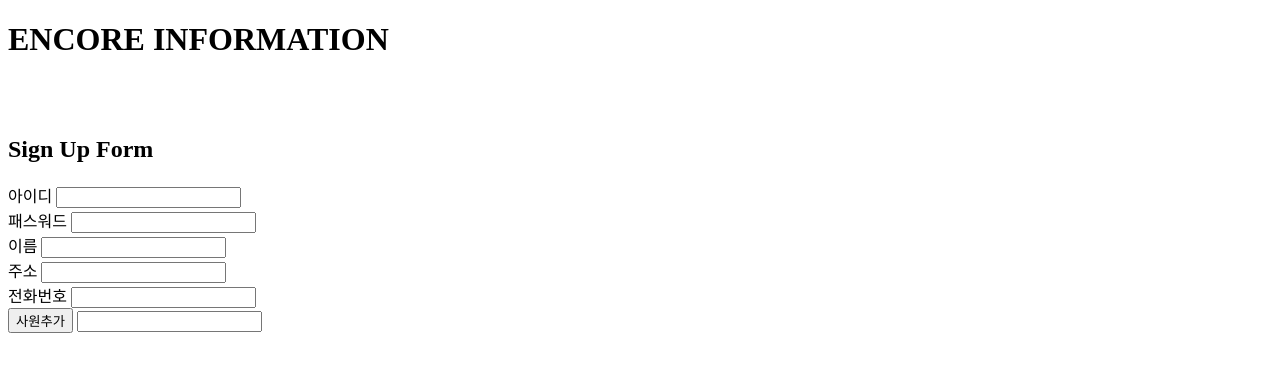
Repository: KangHoi/encore_vueWorkspace
Page: vue03_Event/WebContent/vue10_example.html
These files come from the project's save history. The page is drawn as it stood at one moment and after the next save; the edit follows.
The browser window is 1280 px wide. The pictures show the whole page.

Above is the page before, as saved 2021-07-13 00:46:42.

After the next save:
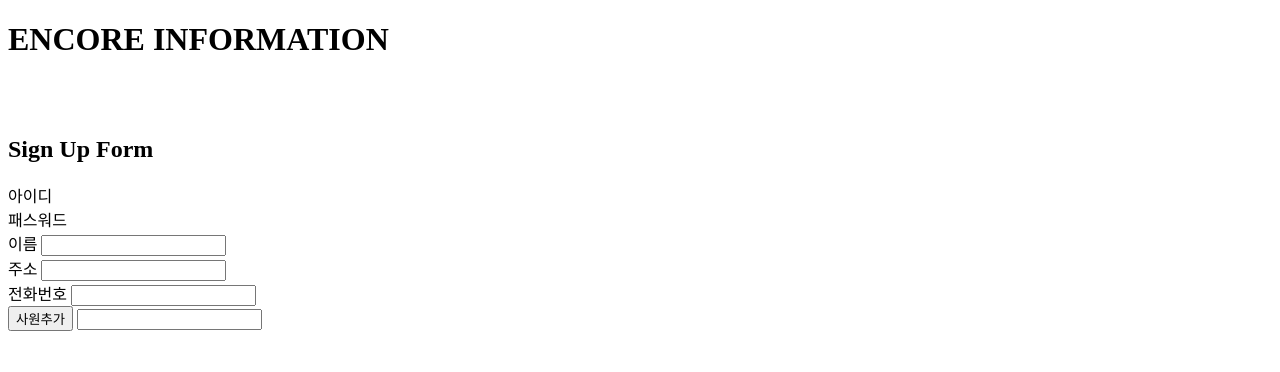
Saved 5 min 35 s later.
--- a/vue03_Event/WebContent/vue10_example.html
+++ b/vue03_Event/WebContent/vue10_example.html
@@ -10,14 +10,23 @@
 	<h1> ENCORE INFORMATION </h1>
 	<br><br>
 	<h2> Sign Up Form </h2>
-	아이디 <input type="text"><br>
-	패스워드 <input type="text"><br>
+	아이디 <input v-model="id" v-if="id==null" type="text"><br>
+	패스워드 <input  v-model="id" v-if="password==null" type="text"><br>
 	이름 <input type="text"><br>
 	주소 <input type="text"><br>
 	전화번호 <input type="text"><br>
 	<button>사원추가</button> <input type="text">
 </div>
+
 <script>
+		var model = {
+				id:'',
+				password:''
+				}
+		var app = new Vue({
+			el: '#app',
+			data: model
+		});
 
 </script>
 </body>
